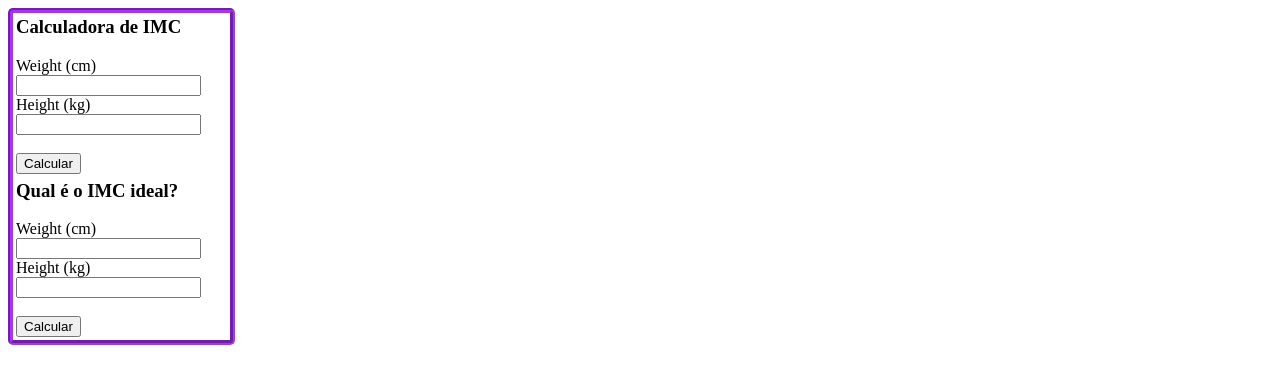
Repository: Patriciamativi/Projetos
Page: index.html
These files come from the project's save history. The page is drawn as it stood at one moment and after the next save; the edit follows.
The browser window is 1280 px wide. The pictures show the whole page.

Above is the page before, as saved 2022-11-21 15:10:28.

### index.html
<html>
    <head>
        <title>Calculadora de IMC</title>
        <meta charset="utf-8"/>

        <style type="text/css">

            p {
                border: 5px groove rgb(168, 50, 247);
                border-radius: 5px;
                width: 217px;
            }
            td {

                /*background-color: rgb(216, 166, 240);*/
            }

        </style>
    </head>
   <p>
<table border="0">
    <body>
         <tr>
            <td> <h3>Calculadora de IMC</h3>

            Weight (cm)<br/>
            <input type: "number" > </br>

            Height (kg)<br/>
            <input type: "number" > </br> </br>

            <input type= "submit" value="Calcular"> </td> </tr>

    </table>

    <table border="0">
        <body>
             <tr>
                <td> <h3>Qual é o IMC ideal?</h3>

                Weight (cm)<br/>
                <input type: "number" > </br>

                Height (kg)<br/>
                <input type: "number" > </br> </br>

                <input type= "submit" value="Calcular"> </td> </tr>

        </table>
</p>
</body>
</html>

After the next save:
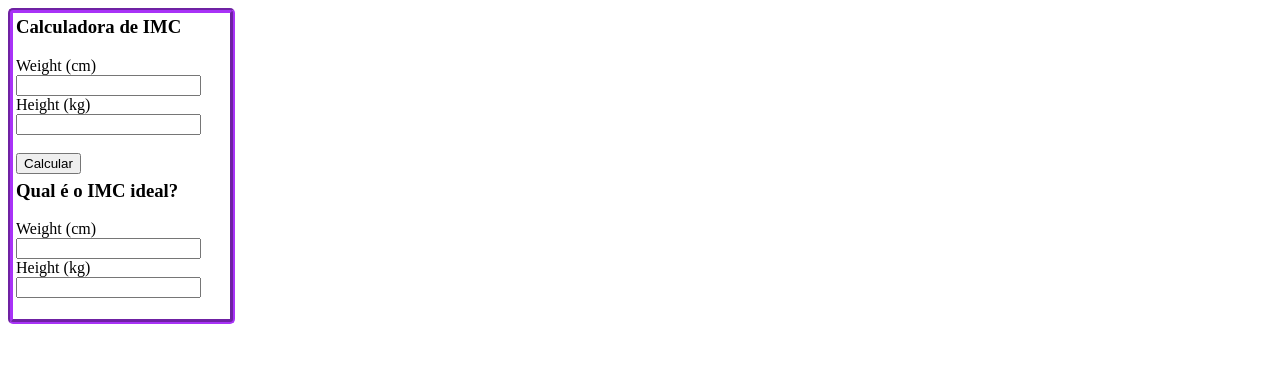
Saved 11 s later.
--- a/index.html
+++ b/index.html
@@ -44,8 +44,6 @@
                 Height (kg)<br/>
                 <input type: "number" > </br> </br>
 
-                <input type= "submit" value="Calcular"> </td> </tr>
-
         </table>
 </p>
 </body>
